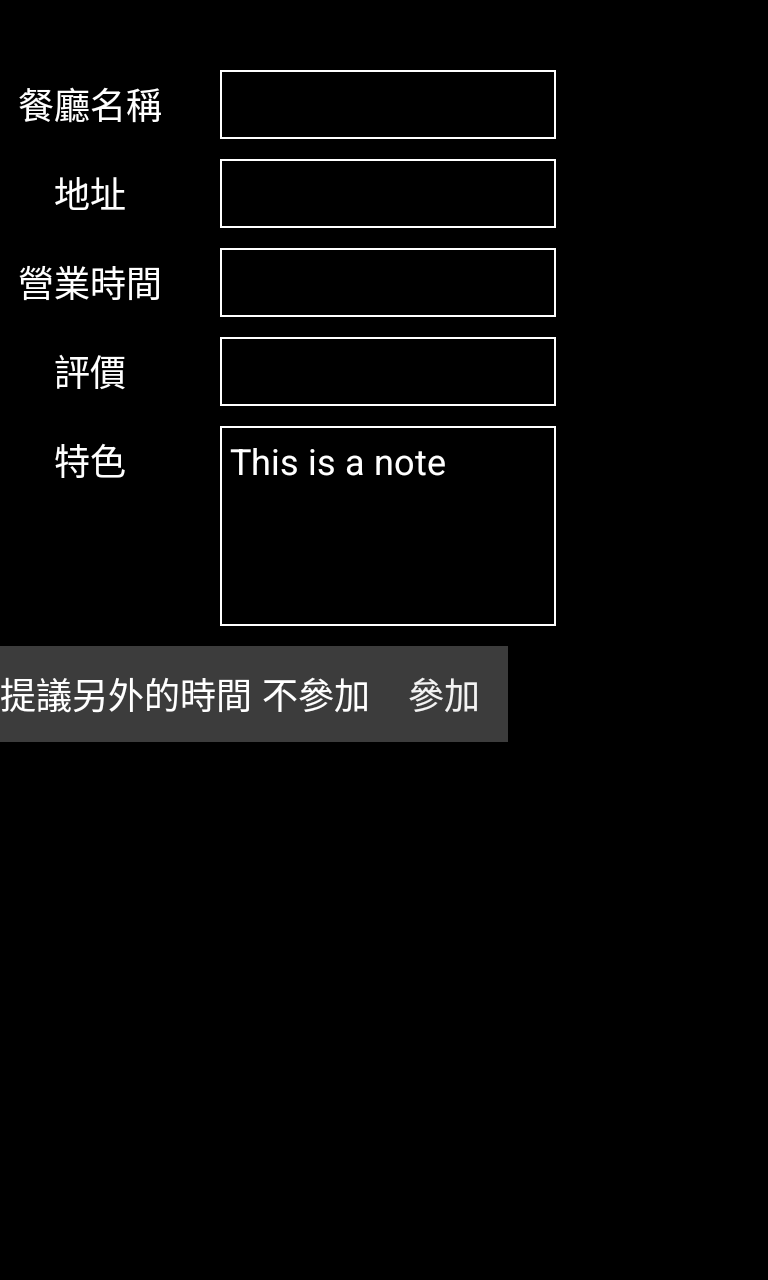
Repository: cnevinc/togather
Layout: GeorgeMe/res/layout/act_invatation.xml
The author's editor kept a copy of each file at every save. The layout is drawn from the files as they stood at one save, then again after a run of saves.
It is drawn on a 768 x 1280 px phone screen (xhdpi) without system bars, with theme android:Theme.Holo; the app's code is not run.

Above is the layout before, as saved 2014-07-27 01:59:09.

After the next 2 saves:
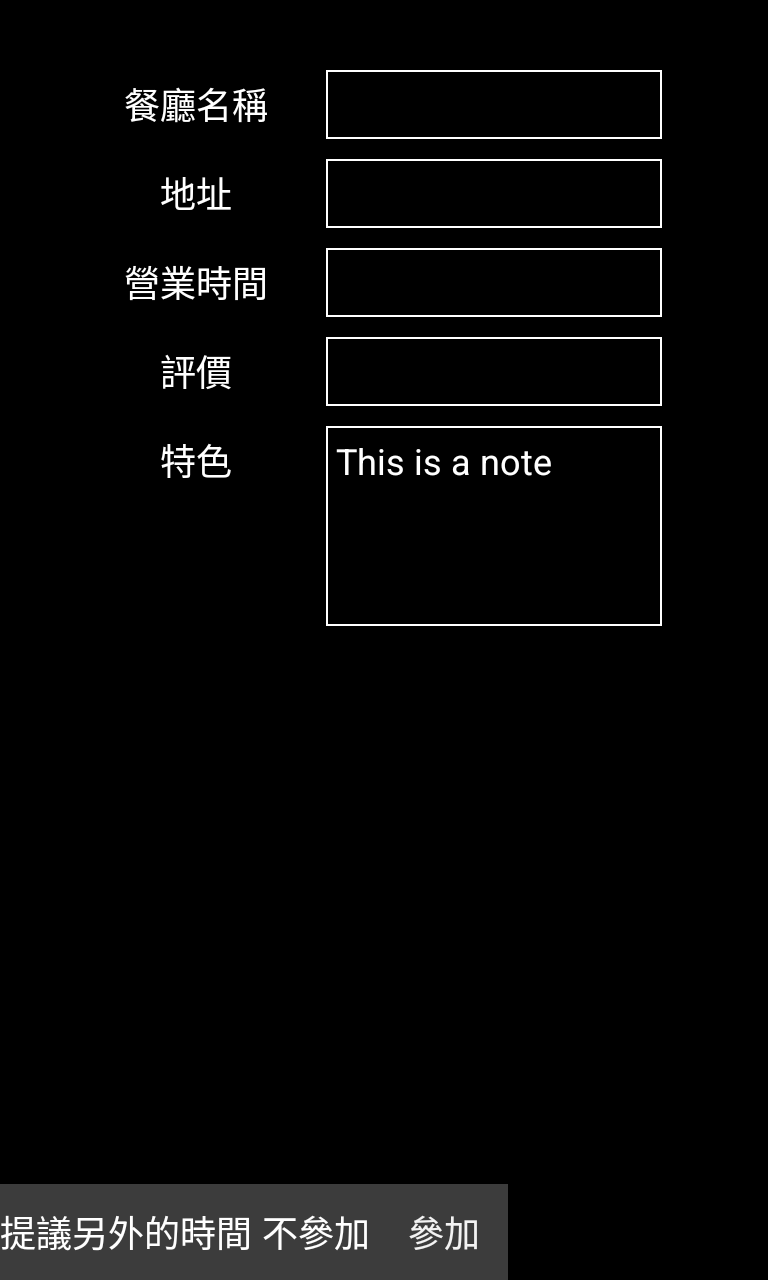
The 2 saves are shown as one change because 1 did not build or start.
The last was saved 103 s later.
--- a/GeorgeMe/res/layout/act_invatation.xml
+++ b/GeorgeMe/res/layout/act_invatation.xml
@@ -163,12 +163,17 @@
                 </LinearLayout>
 
 
+
+            </RelativeLayout>
+        </RelativeLayout>
+    </ScrollView>
                 <LinearLayout
                     android:id="@+id/lin"
                     android:layout_width="fill_parent"
                     android:layout_height="wrap_content"
-                    android:layout_below="@id/lin_l6"
-                    android:layout_marginTop="10dp"
+                    android:layout_marginTop="10dp"
+                    android:divider="#000"
+                    android:layout_alignParentBottom="true"
                     android:orientation="horizontal" >
 
                     <Button
@@ -197,8 +202,4 @@
                         android:text="參加"
                         android:textAppearance="?android:attr/textAppearanceMedium"></Button>
                 </LinearLayout>
-            </RelativeLayout>
-        </RelativeLayout>
-    </ScrollView>
-
 </RelativeLayout>
